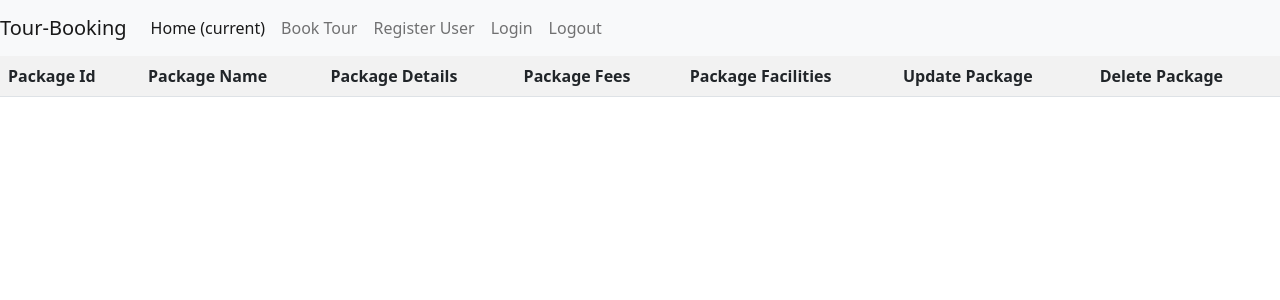
Repository: shivambhat45/Tour-Booking
Page: http://localhost/home
These files come from the project's save history. The page is drawn as it stood at one moment and after the next save; the edit follows.
The browser window is 1280 px wide. The pictures show the whole page.
Some web libraries are served in a nearby version. The page is this project's Thymeleaf template; nobody is signed in. The template is opened directly, without the code that normally fills it, so the values that code supplies are empty.

Above is the page before, as saved 2022-10-29 21:07:58.

After the next save:
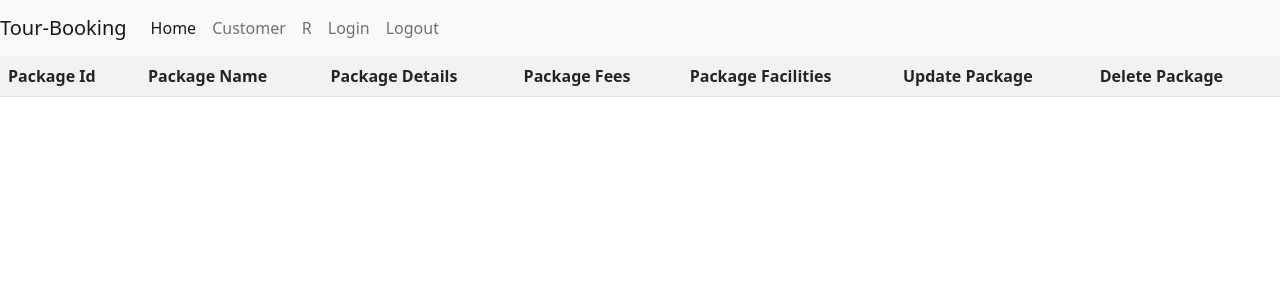
Saved 17 min 1 s later.
--- a/frontend-ui/src/main/resources/templates/home.html
+++ b/frontend-ui/src/main/resources/templates/home.html
@@ -18,9 +18,9 @@
 		</button>
 		<div class="collapse navbar-collapse" id="navbarNavAltMarkup">
 			<div class="navbar-nav">
-				<a class="nav-item nav-link active" href="/home">Home <span class="sr-only">(current)</span></a>
-				<a class="nav-item nav-link" href="#">Book Tour</a>
-				<a class="nav-item nav-link" href="#">Register User</a>
+				<a class="nav-item nav-link active" href="/">Home <span class="sr-only"></span></a>
+				<a class="nav-item nav-link" href="#">Customer</a>
+				<a class="nav-item nav-link" href="#">R</a>
 				<a class="nav-item nav-link" href="#">Login</a>
 				<a class="nav-item nav-link" href="/logout">Logout</a>
 			</div>
